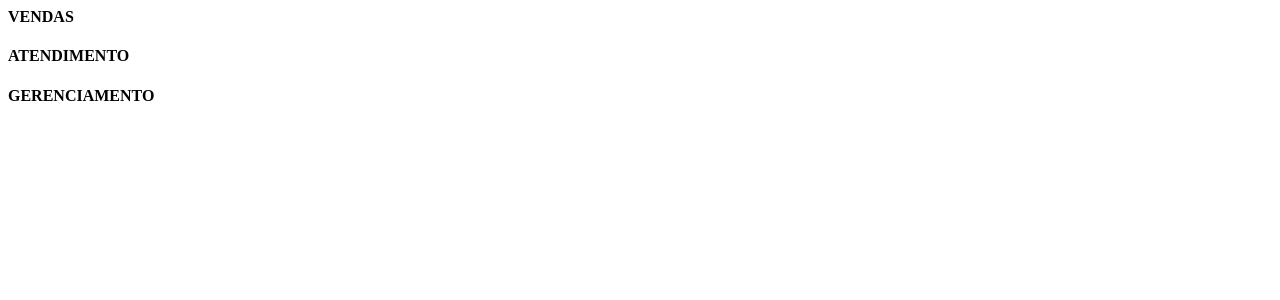
Repository: leobritto-sudo/pokemon-center
Page: http://localhost/App/Views/dashboard/index.phtml
An editor plug-in stored every save of this project. The page is shown before and after the next save, followed by the edit.
The browser window is 1280 px wide. The pictures show the whole page.
The page is run by PHP 8.4 with error messages shown; the project is at /var/www/html/.

Above is the page before, as saved 2022-11-12 11:14:14.

After the next save:
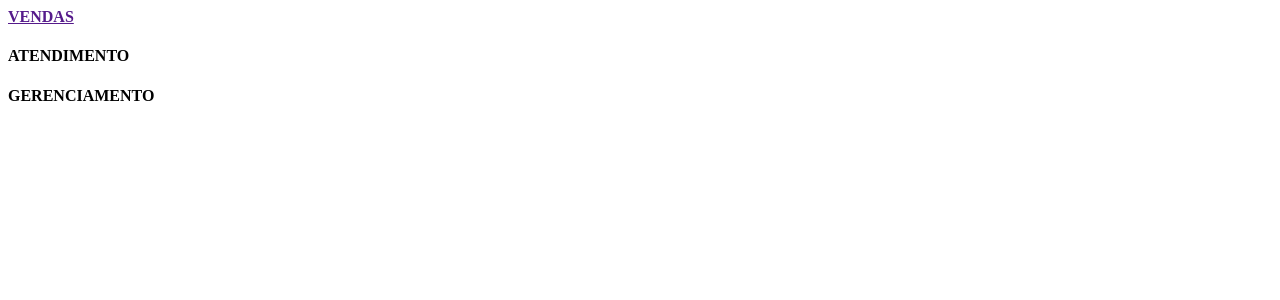
Saved 36 s later.
--- a/App/Views/dashboard/index.phtml
+++ b/App/Views/dashboard/index.phtml
@@ -1,8 +1,10 @@
 <div class="row d-flex justify-content-center w-75 mx-auto center-x-y">
-    <div class="col-4 card-dashboard">
-        <i class="fas fa-shopping-cart fa-4x"></i>
-        <h4>VENDAS</h4>
-    </div>
+    <a href="">
+        <div class="col-4 card-dashboard">
+            <i class="fas fa-shopping-cart fa-4x"></i>
+            <h4>VENDAS</h4>
+        </div>
+    </a>
     <div class="col-4">
         <h4>ATENDIMENTO</h4>
     </div>

After the save that followed:
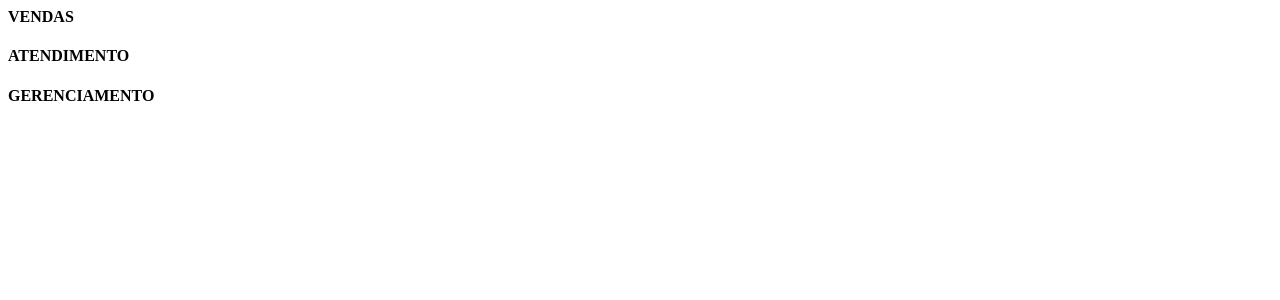
Saved 10 s later.
--- a/App/Views/dashboard/index.phtml
+++ b/App/Views/dashboard/index.phtml
@@ -1,10 +1,8 @@
 <div class="row d-flex justify-content-center w-75 mx-auto center-x-y">
-    <a href="">
-        <div class="col-4 card-dashboard">
-            <i class="fas fa-shopping-cart fa-4x"></i>
-            <h4>VENDAS</h4>
-        </div>
-    </a>
+    <div class="col-4 card-dashboard">
+        <i class="fas fa-shopping-cart fa-4x"></i>
+        <h4>VENDAS</h4>
+    </div>
     <div class="col-4">
         <h4>ATENDIMENTO</h4>
     </div>
